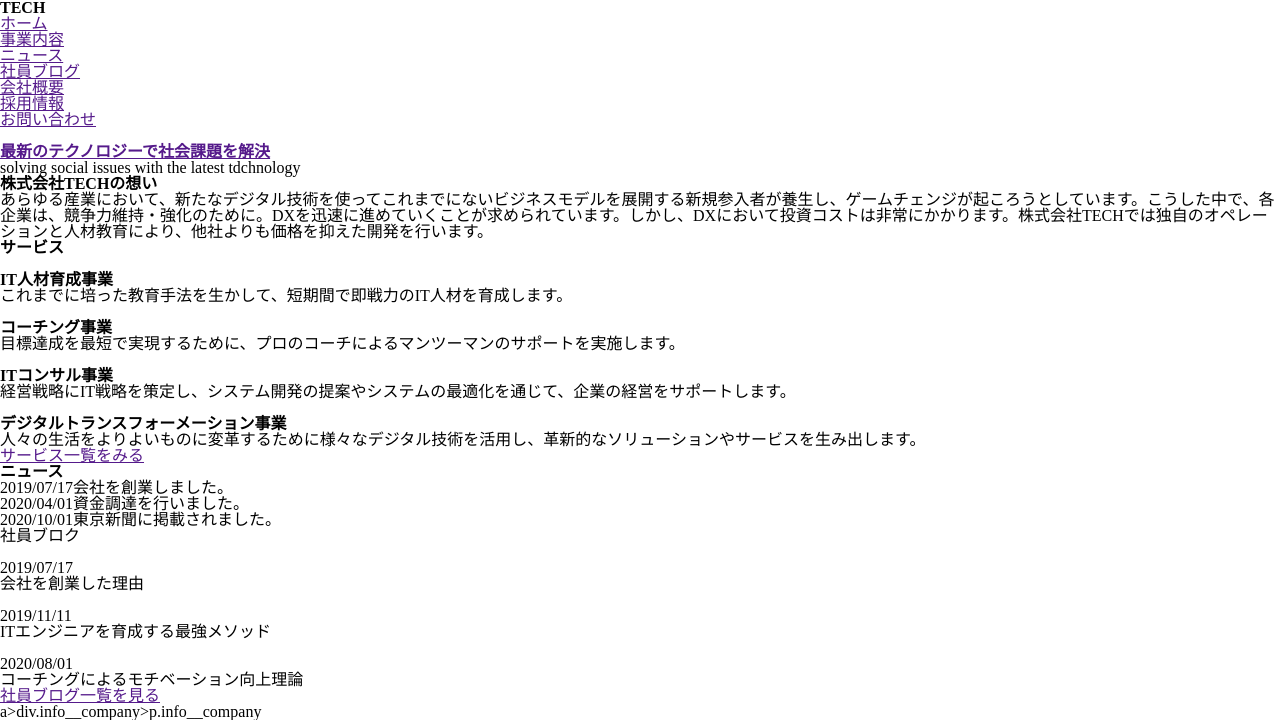
Repository: masanarimiura/20220516_miura
Page: index.html
These files come from the project's save history. The page is drawn as it stood at one moment and after a run of saves; the edit follows.
The browser window is 1280 px wide. The pictures show the whole page.

Above is the page before, as saved 2022-05-13 15:42:32.

### index.html
<!DOCTYPE html>
<html lang="ja">

<head>
  <meta charset="UTF-8">
  <meta http-equiv="X-UA-Compatible" content="IE=edge">
  <meta name="viewport" content="width=device-width, initial-scale=1.0">
  <title>Document</title>
  <link rel="stylesheet" href="css/reset.css">
  <link rel="stylesheet" href="css/index.css">
</head>

<body>

  <header class="header">
    <h2 class="header__ttl">TECH</h2>
    <nav class="header__nav">
      <ul>
        <li><a href="" class="header__nav__item1">ホーム</a></li>
        <li><a href="" class="header__nav__item2">事業内容</a></li>
        <li><a href="" class="header__nav__item3">ニュース</a></li>
        <li><a href="" class="header__nav__item4">社員ブログ</a></li>
        <li><a href="" class="header__nav__item5">会社概要</a></li>
        <li><a href="" class="header__nav__item6">採用情報</a></li>
        <li><a href="" class="header__nav__item7">お問い合わせ</a></li>
      </ul>
    </nav>
  </header>

  <div class="eyecatch">
    <img src="" alt="" class="eyecatch__img">
    <div class="eyecatch__content">
      <h2 class="eyecatch__content__ttl"><a href="" class="link">最新のテクノロジーで社会課題を解決</a></h2>
      <p class="eyecatch__content__ttl">solving social issues with the latest tdchnology</p>
    </div>
  </div>

  <div class="message">
    <h1 class="message__ttl">株式会社TECHの想い</h1>
    <p class="message__txt">
      あらゆる産業において、新たなデジタル技術を使ってこれまでにないビジネスモデルを展開する新規参入者が養生し、ゲームチェンジが起ころうとしています。こうした中で、各企業は、競争力維持・強化のために。DXを迅速に進めていくことが求められています。しかし、DXにおいて投資コストは非常にかかります。株式会社TECHでは独自のオペレーションと人材教育により、他社よりも価格を抑えた開発を行います。
    </p>
  </div>

  <div class="service">
    <h2 class="service__ttl">サービス</h2>
    <div class="service__inner">
      <div class="service__box1">
        <img src="" alt="" class="service__box__img">
        <h3 class="service__box__ttl">IT人材育成事業</h3>
        <p class="service__box__txt">これまでに培った教育手法を生かして、短期間で即戦力のIT人材を育成します。</p>
      </div>
      <div class="service__box2">
        <img src="" alt="" class="service__box__img">
        <h3 class="service__box__ttl">コーチング事業</h3>
        <p class="service__box__txt">目標達成を最短で実現するために、プロのコーチによるマンツーマンのサポートを実施します。</p>
      </div>
      <div class="service__box3">
        <img src="" alt="" class="service__box__img">
        <h3 class="service__box__ttl">ITコンサル事業</h3>
        <p class="service__box__txt">経営戦略にIT戦略を策定し、システム開発の提案やシステムの最適化を通じて、企業の経営をサポートします。</p>
      </div>
      <div class="service__box4">
        <img src="" alt="" class="service__box__img">
        <h3 class="service__box__ttl">デジタルトランスフォーメーション事業</h3>
        <p class="service__box__txt">人々の生活をよりよいものに変革するために様々なデジタル技術を活用し、革新的なソリューションやサービスを生み出します。</p>
      </div>
    </div>
    <div class="service__link"><a href="" class="">サービス一覧をみる</a></div>
  </div>

  <div class="news">
    <div class="news__ttl">
      <h2 class="news__ttl-txt">ニュース</h2>
      <div class="news__ttl-link"><a href=""></a></div>
    </div>
    <div class="news__content">
      <ul class="news__content-inner">
        <li class="news__content-tpic1">
          <p><a herf="">2019/07/17<span>会社を創業しました。</span></a></p>
        </li>
        <li class="news__content-tpic2">
          <p><a herf="">2020/04/01<span>資金調達を行いました。</span></a></p>
        </li>
        <li class="news__content-tpic3">
          <p><a herf="">2020/10/01<span>東京新聞に掲載されました。</span></a></p>
        </li>
      </ul>
    </div>
  </div>

  <div class="blog">
    <h class="blog__ttl">社員ブロク</h>
    <div class="blog__inner">
      <div class="blog__box1">
        <a href=""><img src="" alt="" class="blog__img"></a>
        <p class="blog__date">2019/07/17</p>
        <p class="blog__txt">会社を創業した理由</p>
      </div>
      <div class="blog__box2">
        <a href=""><img src="" alt="" class="blog__img"></a>
        <p class="blog__date">2019/11/11</p>
        <p class="blog__txt">ITエンジニアを育成する最強メソッド</p>
      </div>
      <div class="blog__box3">
        <a href=""><img src="" alt="" class="blog__img"></a>
        <p class="blog__date">2020/08/01</p>
        <p class="blog__txt">コーチングによるモチベーション向上理論</p>
      </div>
    </div>
    <div class="blog__link"><a href="">社員ブログ一覧を見る</a></div>
  </div>

  <div class="info">
    a>div.info__company>p.info__company
  </div>



  <script src="js/main.js"></script>
</body>

</html>

### css/reset.css
/*
html5doctor.com Reset Stylesheet
v1.6.1
Last Updated: 2010-09-17
Author: Richard Clark - http://richclarkdesign.com
Twitter: @rich_clark
*/
html,
body,
div,
span,
object,
iframe,
h1,
h2,
h3,
h4,
h5,
h6,
p,
blockquote,
pre,
abbr,
address,
cite,
code,
del,
dfn,
em,
img,
ins,
kbd,
q,
samp,
small,
strong,
sub,
sup,
var,
b,
i,
dl,
dt,
dd,
ol,
ul,
li,
fieldset,
form,
label,
legend,
table,
caption,
tbody,
tfoot,
thead,
tr,
th,
td,
article,
aside,
canvas,
details,
figcaption,
figure,
footer,
header,
hgroup,
menu,
nav,
section,
summary,
time,
mark,
audio,
video {
  margin: 0;
  padding: 0;
  border: 0;
  outline: 0;
  font-size: 100%;
  vertical-align: baseline;
  background: transparent;
}

body {
  line-height: 1;
}

article,
aside,
details,
figcaption,
figure,
footer,
header,
hgroup,
menu,
nav,
section {
  display: block;
}

nav ul {
  list-style: none;
}

blockquote,
q {
  quotes: none;
}

blockquote:before,
blockquote:after,
q:before,
q:after {
  content: "";
  content: none;
}

a {
  margin: 0;
  padding: 0;
  font-size: 100%;
  vertical-align: baseline;
  background: transparent;
}

/* change colours to suit your needs */
ins {
  background-color: #ff9;
  color: #000;
  text-decoration: none;
}

/* change colours to suit your needs */
mark {
  background-color: #ff9;
  color: #000;
  font-style: italic;
  font-weight: bold;
}

del {
  text-decoration: line-through;
}

abbr[title],
dfn[title] {
  border-bottom: 1px dotted;
  cursor: help;
}

table {
  border-collapse: collapse;
  border-spacing: 0;
}

/* change border colour to suit your needs */
hr {
  display: block;
  height: 1px;
  border: 0;
  border-top: 1px solid #cccccc;
  margin: 1em 0;
  padding: 0;
}

input,
select {
  vertical-align: middle;
}

Loaded but not shown: css/index.css (no copy from this time; the picture is the same without it); js/main.js (no copy from this time; the picture is the same without it)

After the next 2 saves:
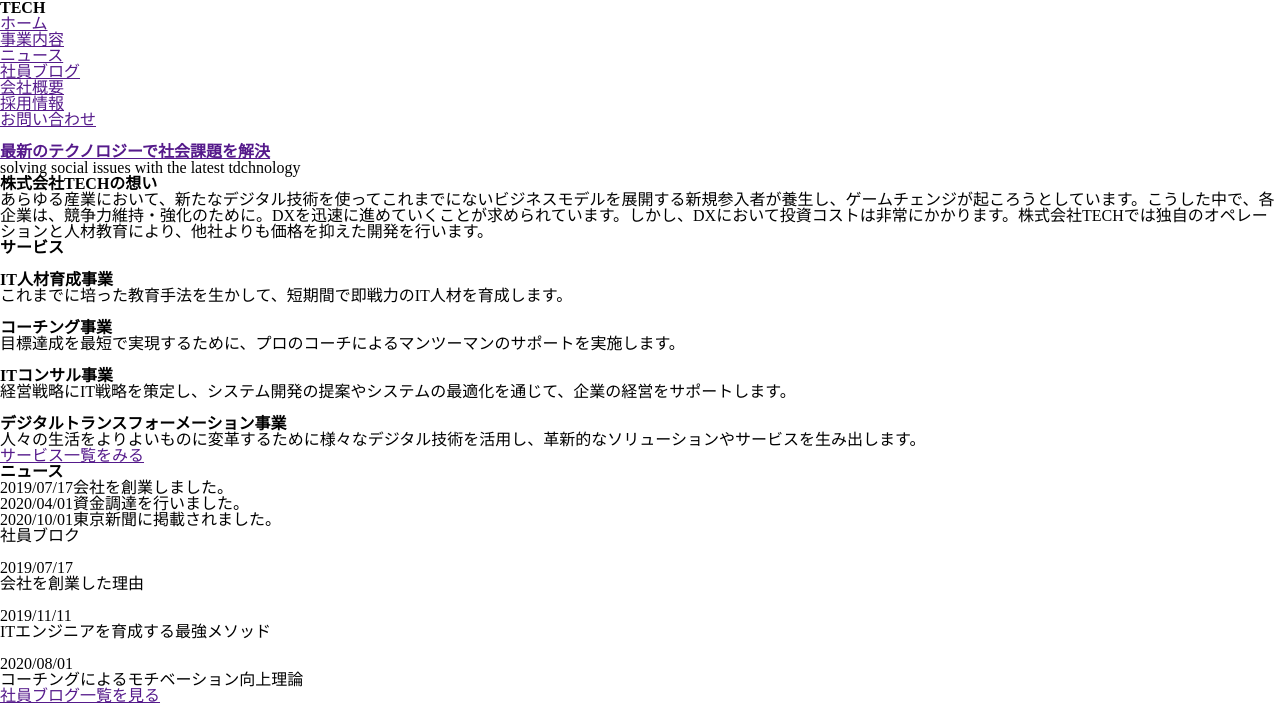
The 2 saves are shown as one change because they came seconds apart.
The last was saved 7 s later.
--- a/index.html
+++ b/index.html
@@ -112,7 +112,11 @@
   </div>
 
   <div class="info">
-    a>div.info__company>p.info__company
+    <a href="">
+      <div class="info__company">
+        <p class="info__company__ttl"></p>
+      </div>
+    </a>
   </div>
 
 
